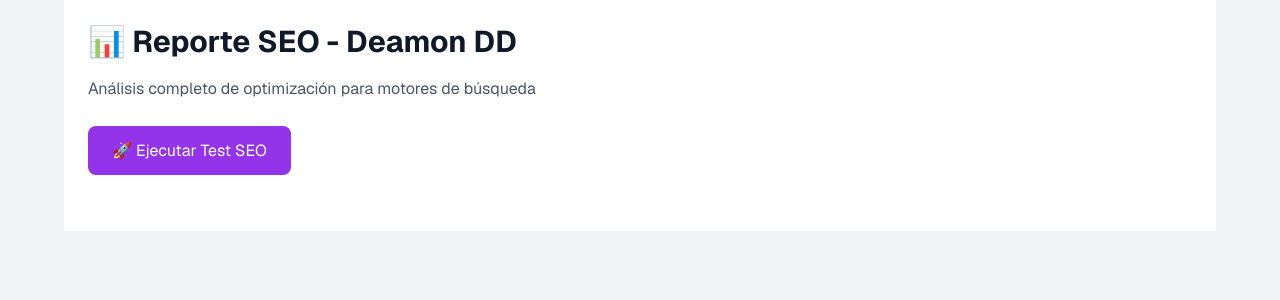
Repository: francoluca35/deamon-dd
Page: /seo-test
An editor plug-in stored every save of this project. The page is shown before and after the next save, followed by the edit.
The browser window is 1280 px wide. The pictures show the whole page.
The project was rebuilt for these pictures with package versions that can differ from the ones it lists, and the page was loaded fresh each time. The framework's server and built-in components were replaced by stand-ins that run in the browser. Also part of the build but not shown: next.config.mjs, app/components/ErrorBoundary.js.

Above is the page before, as saved 2025-09-10 00:39:50.

After the next save:
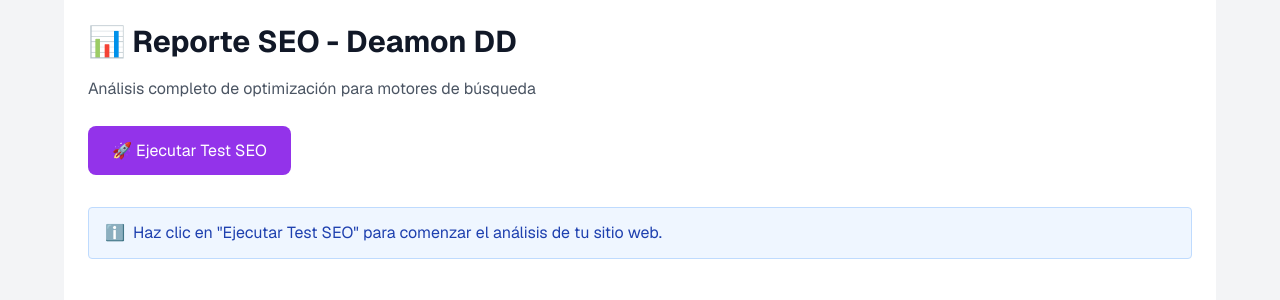
Saved 4 s later.
--- a/app/components/SEOReport.js
+++ b/app/components/SEOReport.js
@@ -95,7 +95,19 @@ const SEOReport = () => {
 
       {error && (
         <div className="bg-red-100 border border-red-400 text-red-700 px-4 py-3 rounded mb-6">
-          {error}
+          <div className="flex items-center gap-2">
+            <span>❌</span>
+            <span>{error}</span>
+          </div>
+        </div>
+      )}
+
+      {!report && !loading && !error && (
+        <div className="bg-blue-50 border border-blue-200 text-blue-800 px-4 py-3 rounded mb-6">
+          <div className="flex items-center gap-2">
+            <span>ℹ️</span>
+            <span>Haz clic en "Ejecutar Test SEO" para comenzar el análisis de tu sitio web.</span>
+          </div>
         </div>
       )}
 
